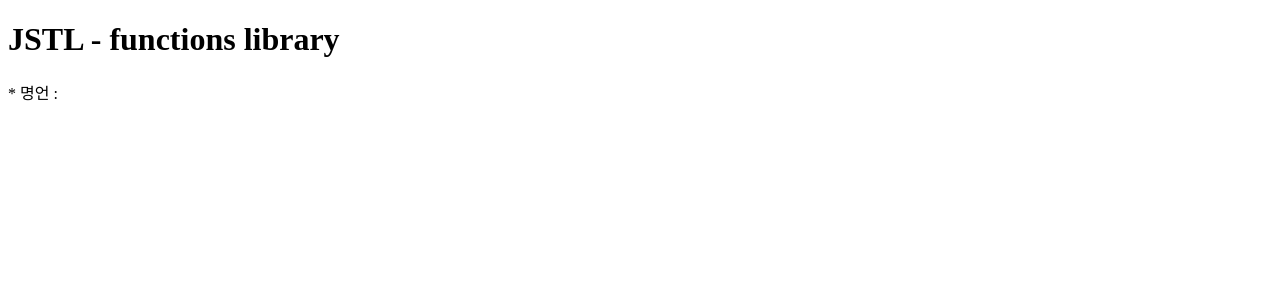
Repository: Developer-Choi-Jae-Young/ServletPractice
Page: http://localhost/3_elAction/views/3_Custom_Action/03_fn.jsp
These files come from the project's save history. The page is drawn as it stood at one moment and after a run of saves; the edit follows.
The browser window is 1280 px wide. The pictures show the whole page.
The page is served by Tomcat 9.

Above is the page before, as saved 2024-08-28 02:19:13.

After the next 2 saves:
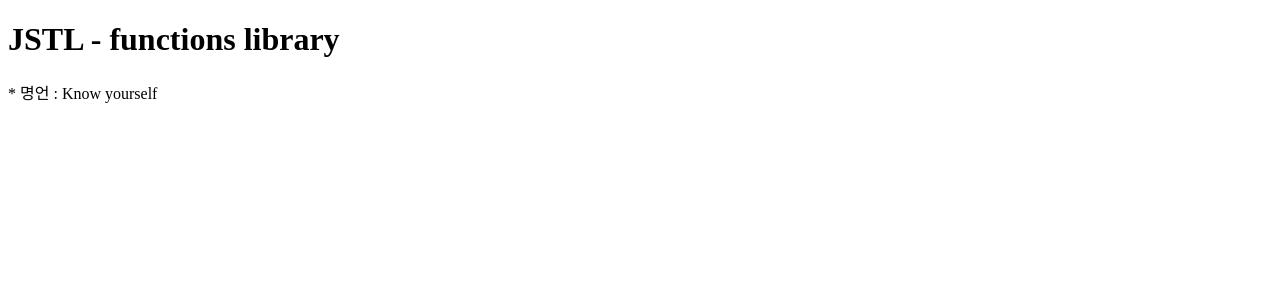
The 2 saves are shown as one change because they came seconds apart.
The last was saved 12 s later.
--- a/3_elAction/src/main/webapp/views/3_Custom_Action/03_fn.jsp
+++ b/3_elAction/src/main/webapp/views/3_Custom_Action/03_fn.jsp
@@ -13,6 +13,6 @@
 
 	<c:set var="qt" value="Know yourself"/>
 
-	* 명언 :
+	* 명언 : ${ qt } <br>
 </body>
 </html>
